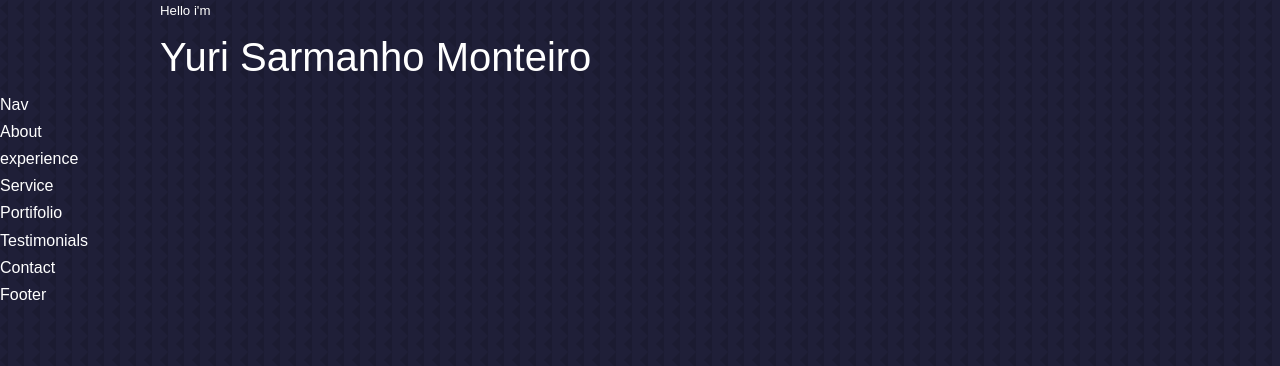
Repository: YuriSarmanho/Portifolio-
Page: / (app in portifolio/)
An editor plug-in stored every save of this project. The page is shown before and after a run of saves, followed by the edit.
The browser window is 1280 px wide. The pictures show the whole page.
The project was rebuilt for these pictures with package versions that can differ from the ones it lists, and the page was loaded fresh each time. Also part of the build but not shown: portifolio/src/Components/Header/Header.css.

Above is the page before, as saved 2022-05-11 16:03:39.

After the next 3 saves:
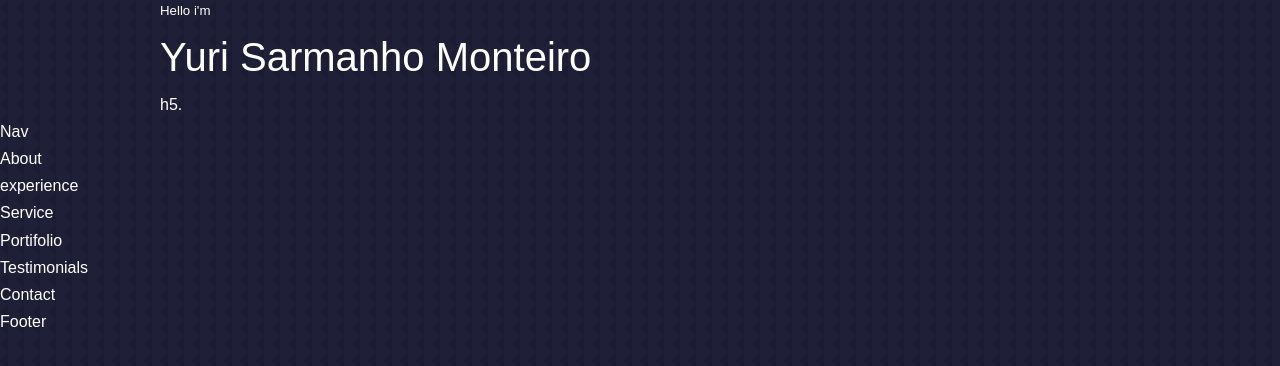
The 3 saves are shown as one change because they came seconds apart.
The last was saved 32 s later.
--- a/portifolio/src/Components/Header/Header.jsx
+++ b/portifolio/src/Components/Header/Header.jsx
@@ -6,6 +6,7 @@
       <div className="container header__container">
         <h5>Hello i'm</h5>
         <h1>Yuri Sarmanho Monteiro</h1>
+        h5.
       </div>
     </header>
   )
